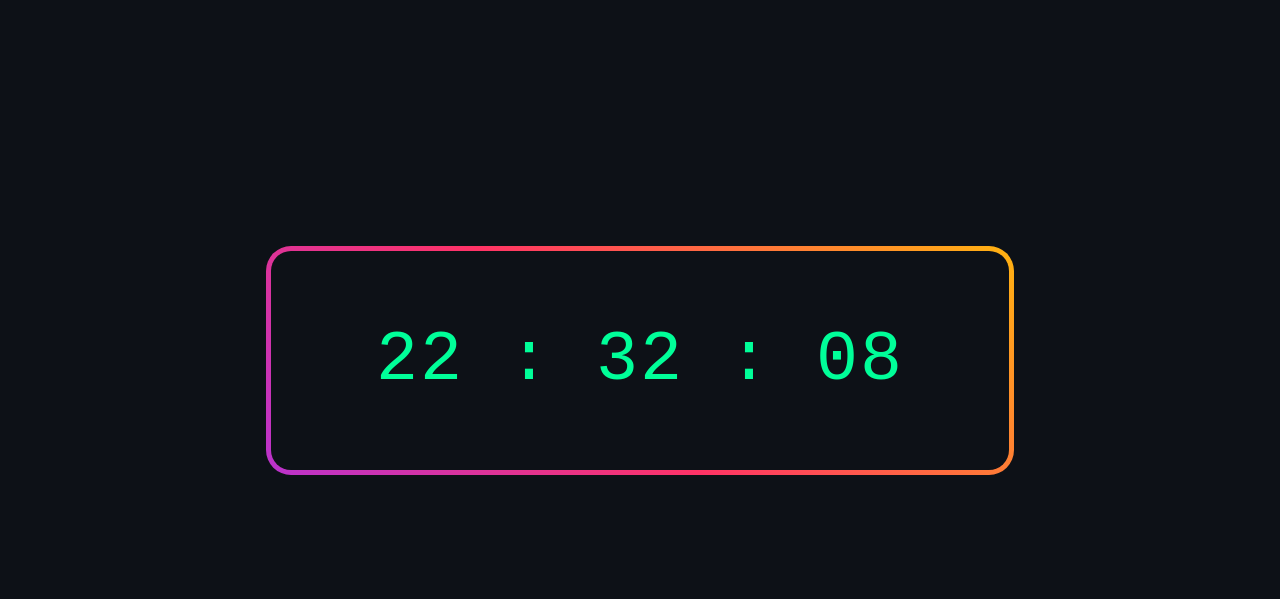
Repository: trunghau06/baiTapJs
Page: index.html
An editor plug-in stored every save of this project. The page is shown before and after the next save, followed by the edit.
The browser window is 1280 px wide. The pictures show the whole page.

Above is the page before, as saved 2025-10-20 23:07:13.

After the next save:
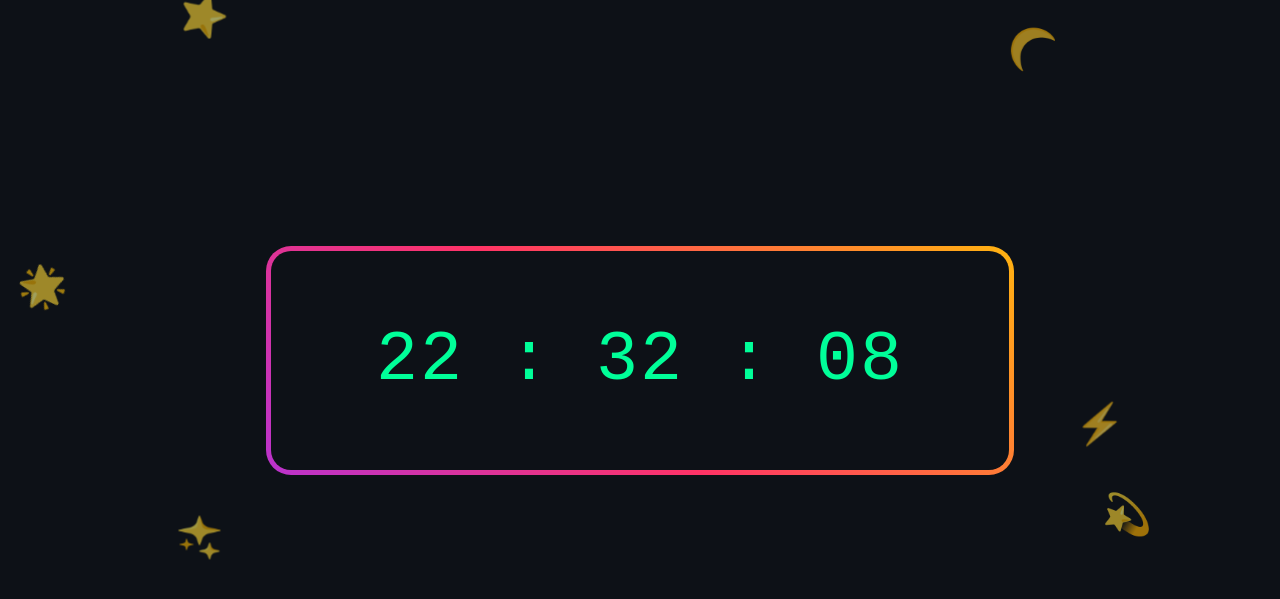
Saved 21 s later.
--- a/index.html
+++ b/index.html
@@ -7,6 +7,13 @@
     <title>Document</title>
 </head>
 <body>
+    <div class="floating-icon icon-1">⭐</div>
+    <div class="floating-icon icon-2">🌙</div>
+    <div class="floating-icon icon-3">✨</div>
+    <div class="floating-icon icon-4">💫</div>
+    <div class="floating-icon icon-5">🌟</div>
+    <div class="floating-icon icon-6">⚡</div>
+
     <div class="border-wrapper">
         <div class="showThoiGian">
             <span id="thoiGian"></span>
